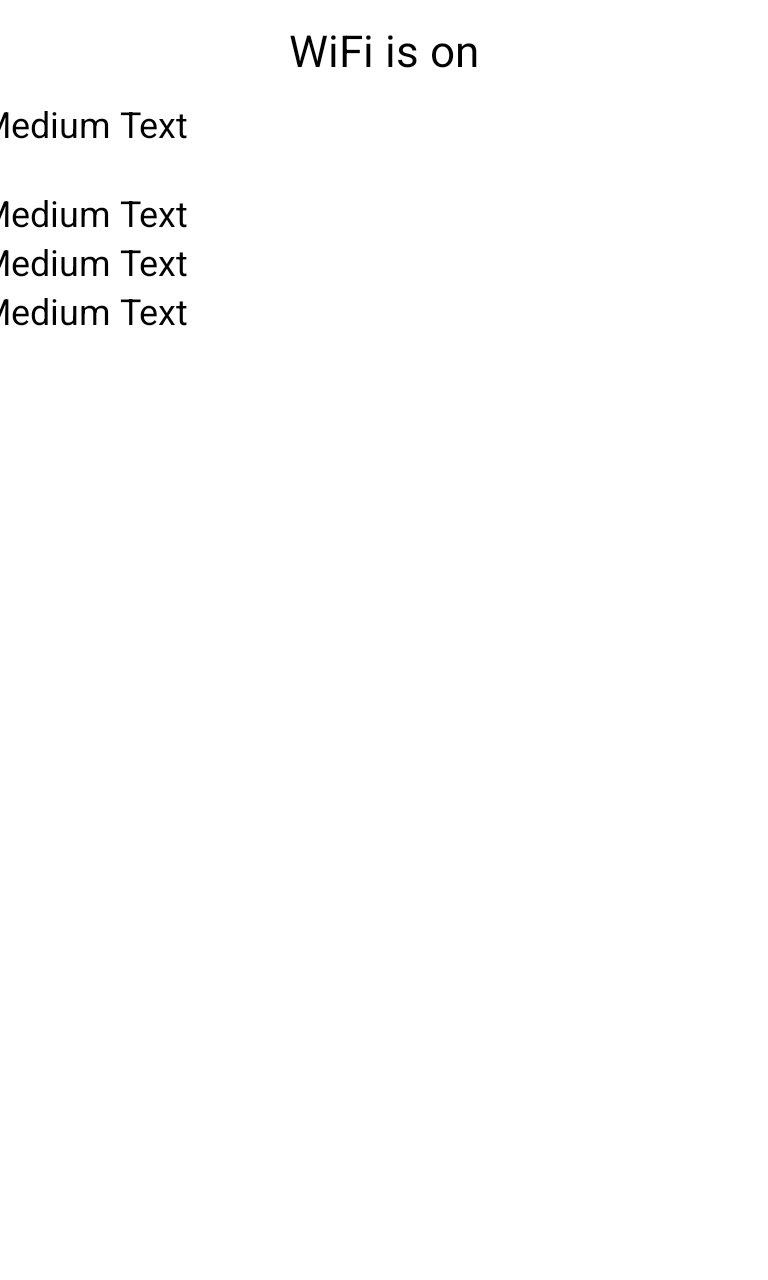
Repository: SimonIsMe/workspace_android
Layout: lista3/res/layout/wifi.xml
These files come from the project's save history. The layout is drawn as it stood at one moment and after the next save; the edit follows.
It is drawn on a 768 x 1280 px phone screen (xhdpi) without system bars, with theme AppTheme; the app's code is not run.

Above is the layout before, as saved 2012-12-05 13:58:00.

After the next save:
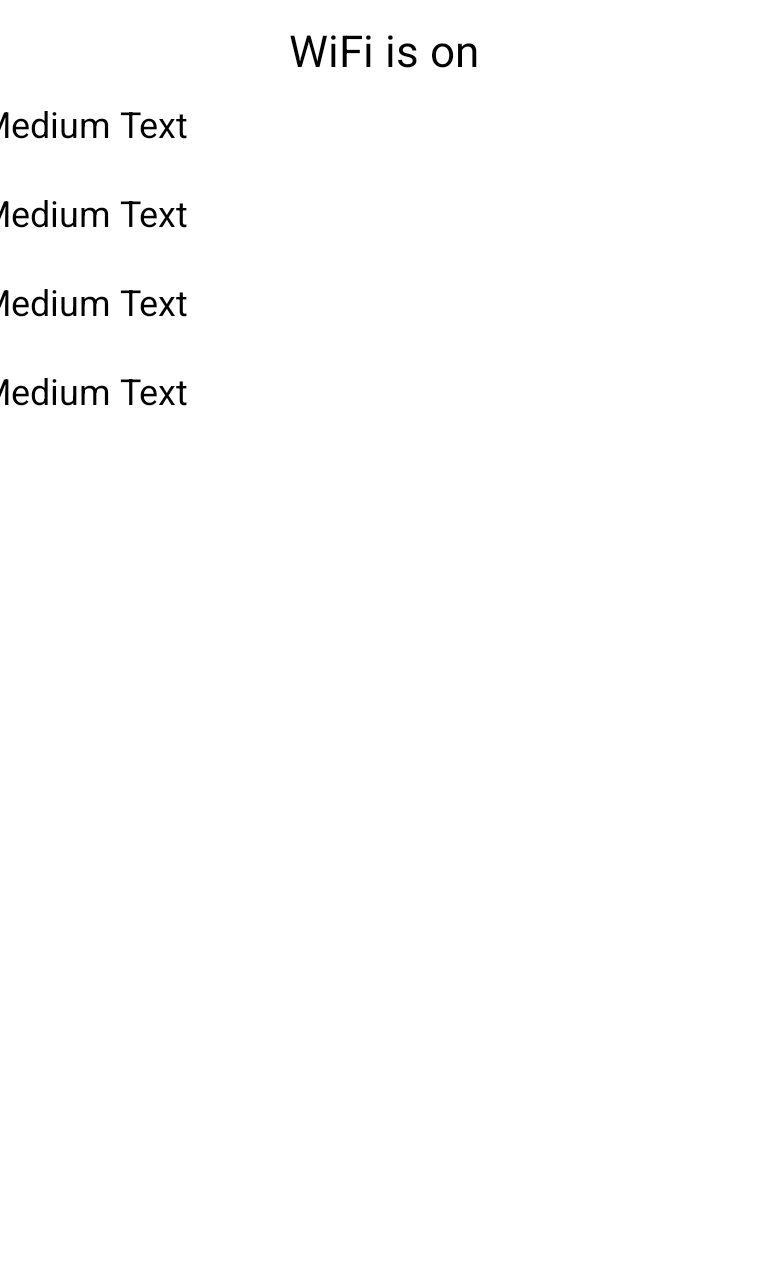
Saved 15 s later.
--- a/lista3/res/layout/wifi.xml
+++ b/lista3/res/layout/wifi.xml
@@ -47,7 +47,8 @@
                 android:id="@+id/tableRow1"
                 android:layout_width="fill_parent"
                 android:layout_height="wrap_content"
-                android:layout_marginRight="20dp" >
+                android:layout_marginRight="20dp"
+                android:layout_marginBottom="20dp" >
 
                  <TextView
                     android:id="@+id/name_1"
@@ -62,7 +63,8 @@
                 android:id="@+id/tableRow1"
                 android:layout_width="fill_parent"
                 android:layout_height="wrap_content"
-                android:layout_marginRight="20dp" >
+                android:layout_marginRight="20dp"
+                android:layout_marginBottom="20dp" >
 
                  <TextView
                     android:id="@+id/name_2"
@@ -77,7 +79,8 @@
                 android:id="@+id/tableRow1"
                 android:layout_width="fill_parent"
                 android:layout_height="wrap_content"
-                android:layout_marginRight="20dp" >
+                android:layout_marginRight="20dp"
+                android:layout_marginBottom="20dp" >
 
                  <TextView
                     android:id="@+id/textView2"
